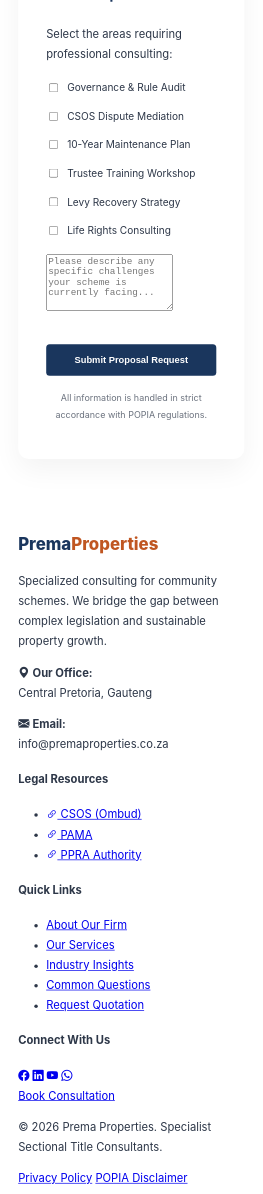
Repository: mnqobiMenzi/Prema-Properties
Page: quote.html
The author's editor kept a copy of each file at every save. The page is drawn from the files as they stood at one save, then again after the next save.
The browser window is 375 px wide. The pictures show the part of the page from y = 1287 to 3527 px (the page is 2993 px tall before and 3527 px after), at 70% of full size.

Above is the page before, as saved 2026-02-10 12:50:18.

### quote.html
<!DOCTYPE html>
<html lang="en">
<head>
  <meta charset="UTF-8">
  <meta name="viewport" content="width=device-width, initial-scale=1.0">
  <title>Get a Quotation | Prema Properties</title>
  <link rel="stylesheet" href="CSS/style.css">
  <link rel="stylesheet" href="https://cdn.jsdelivr.net/npm/bootstrap-icons@1.13.1/font/bootstrap-icons.min.css">
</head>
<body>

  <header class="main-header">
    <div class="container header-flex">
      <div class="logo">Prema<span>Properties</span></div>
      <nav>
        <a href="index.html">Home</a>
        <a href="about-us.html">About</a>
        <a href="services.html">Services</a>
        <a href="contact-us.html">Contact</a>
        <a href="quote.html" class="active nav-btn">Get a Quotation</a>
      </nav>
    </div>
  </header>

  <section class="quote-hero-v2">
    <div class="container">
      <h1>Consulting Proposal Request</h1>
      <p>Tailored solutions for Sectional Title Schemes and Homeowners Associations.</p>
    </div>
  </section>

  <section class="section-padding">
    <div class="container">
      <div class="quote-wrapper">

        <div class="quote-sidebar">
          <div class="step-guide">
            <div class="step active"><span>1</span> Contact Details</div>
            <div class="step"><span>2</span> Scheme Profile</div>
            <div class="step"><span>3</span> Project Scope</div>
          </div>
          <div class="quote-note">
            <h4><i class="bi bi-clock-history"></i> Fast Turnaround</h4>
            <p>We typically provide detailed consulting proposals within 24 business hours of receiving your scheme profile.</p>
          </div>
        </div>

        <div class="quote-form-card">
          <form id="quoteForm">

            <div class="form-section">
              <h3><i class="bi bi-person-badge"></i> 1. Contact Information</h3>
              <div class="form-row">
                <input type="text" placeholder="Full Name" required>
                <input type="text" placeholder="Your Role (e.g. Trustee, Owner)" required>
              </div>
              <div class="form-row">
                <input type="email" placeholder="Email Address" required>
                <input type="tel" placeholder="Phone Number" required>
              </div>
            </div>

            <div class="form-section">
              <h3><i class="bi bi-building"></i> 2. Scheme Information</h3>
              <div class="form-row">
                <input type="text" placeholder="Name of Body Corporate / HOA" required>
                <select required>
                  <option value="" disabled selected>Scheme Type</option>
                  <option value="res">Residential Sectional Title</option>
                  <option value="comm">Commercial Scheme</option>
                  <option value="mixed">Mixed-Use Development</option>
                  <option value="retirement">Retirement Village</option>
                </select>
              </div>
              <div class="form-row">
                <input type="number" placeholder="Number of Units" required>
                <input type="text" placeholder="City/Region (e.g. Pretoria East)">
              </div>
            </div>

            <div class="form-section">
              <h3><i class="bi bi-check2-square"></i> 3. Scope of Services</h3>
              <p class="form-hint">Select the areas requiring professional consulting:</p>
              <div class="checkbox-grid">
                <label class="check-item"><input type="checkbox"> Governance & Rule Audit</label>
                <label class="check-item"><input type="checkbox"> CSOS Dispute Mediation</label>
                <label class="check-item"><input type="checkbox"> 10-Year Maintenance Plan</label>
                <label class="check-item"><input type="checkbox"> Trustee Training Workshop</label>
                <label class="check-item"><input type="checkbox"> Levy Recovery Strategy</label>
                <label class="check-item"><input type="checkbox"> Life Rights Consulting</label>
              </div>
              <textarea placeholder="Please describe any specific challenges your scheme is currently facing..." rows="5"></textarea>
            </div>

            <button type="submit" class="submit-btn-v2">Submit Proposal Request</button>
            <p class="form-footer-note">All information is handled in strict accordance with POPIA regulations.</p>
          </form>
        </div>

      </div>
    </div>
  </section>

  <div id="footer-placeholder"></div>
  <script src="JavaScript/script.js"></script>
</body>
</html>

### CSS/style.css
/* --- Core Styles --- */
:root {
  --primary: #1a365d;
  --secondary: #c05621;
  --text: #2d3748;
  --white: #ffffff;
  --gray: #f7fafc;
  --transition: all 0.3s ease;
}

body {
  font-family: 'Inter', sans-serif;
  color: var(--text);
  line-height: 1.8;
}

.container { width: 90%; max-width: 1200px; margin: 0 auto; }
.section-padding { padding: 100px 0; }
.light-gray { background: var(--gray); }

/* --- Header --- */
.main-header {
  background: var(--white);
  padding: 20px 0;
  box-shadow: 0 4px 6px -1px rgba(0,0,0,0.1);
  position: sticky;
  top: 0; z-index: 1000;
}

.header-flex { display: flex; justify-content: space-between; align-items: center; }

.logo { font-size: 1.5rem; font-weight: 800; color: var(--primary); }
.logo span { color: var(--secondary); }

nav a {
  text-decoration: none;
  color: var(--text);
  font-weight: 600;
  margin-left: 25px;
  font-size: 0.95rem;
  transition: var(--transition);
}

nav a:hover, nav a.active { color: var(--secondary); }

.nav-btn {
  background: var(--primary);
  color: white !important;
  padding: 10px 20px;
  border-radius: 5px;
}

/* --- Hero v2 --- */
.hero-v2 {
  background: url('../images/Sectional-Title-Disputes.jpg') center/cover no-repeat;
  height: 85vh;
  position: relative;
}

.hero-overlay {
  background: linear-gradient(to right, rgba(26, 54, 93, 0.9), rgba(26, 54, 93, 0.4));
  height: 100%;
  display: flex;
  align-items: center;
  color: white;
}

.badge {
  background: var(--secondary);
  padding: 5px 15px;
  border-radius: 50px;
  font-size: 0.8rem;
  font-weight: bold;
  text-transform: uppercase;
}

.hero-v2 h1 { font-size: 3.5rem; margin: 20px 0; line-height: 1.2; max-width: 700px; }
.hero-v2 p { font-size: 1.25rem; max-width: 600px; margin-bottom: 30px; opacity: 0.9; }

.btn-main {
  background: var(--secondary);
  color: white;
  padding: 15px 35px;
  text-decoration: none;
  font-weight: bold;
  border-radius: 5px;
  display: inline-block;
}

.btn-outline {
  border: 2px solid white;
  color: white;
  padding: 13px 35px;
  text-decoration: none;
  border-radius: 5px;
  margin-left: 15px;
}

/* --- Trust Bar --- */
.trust-bar { background: var(--primary); color: white; padding: 30px 0; }
.trust-bar .container { display: flex; justify-content: space-around; text-align: center; }
.trust-item strong { display: block; font-size: 1.8rem; color: var(--secondary); }

/* --- Grid & Cards --- */
.split-grid { display: grid; grid-template-columns: 1fr 1fr; gap: 80px; align-items: center; }

.services-grid-v2 {
  display: grid;
  grid-template-columns: repeat(auto-fit, minmax(250px, 1fr));
  gap: 30px;
  margin-top: 50px;
}

.s-card {
  background: white;
  padding: 40px;
  border-radius: 10px;
  box-shadow: 0 10px 15px rgba(0,0,0,0.05);
  transition: var(--transition);
}

.s-card:hover { transform: translateY(-10px); }
.s-card i { font-size: 2.5rem; color: var(--secondary); margin-bottom: 20px; display: block; }
.s-card h3 { margin-bottom: 15px; color: var(--primary); }

.image-deco img {
  width: 100%;
  border-radius: 15px;
  box-shadow: 30px 30px 0 var(--gray), 31px 31px 0 var(--primary);
}

/* Responsive */
@media (max-width: 768px) {
  .hero-v2 h1 { font-size: 2.2rem; }
  .split-grid { grid-template-columns: 1fr; }
  .hero-actions { display: flex; flex-direction: column; gap: 15px; }
  .btn-outline { margin-left: 0; }
}

/* About Page Specifics */
.about-hero-v2 {
  background: linear-gradient(rgba(26, 54, 93, 0.9), rgba(26, 54, 93, 0.9)), url('../images/office-bg.jpg');
  padding: 100px 0;
  text-align: center;
  color: white;
}

.about-intro {
  max-width: 800px;
  margin: 0 auto 60px;
  text-align: center;
}

.about-intro h2 {
  color: var(--primary);
  margin-bottom: 20px;
}

.values-grid {
  display: grid;
  grid-template-columns: repeat(auto-fit, minmax(280px, 1fr));
  gap: 30px;
}

.value-item i {
  font-size: 2.5rem;
  color: var(--secondary);
  margin-bottom: 15px;
  display: block;
}

/* Director Card Layout */
.director-card {
  display: grid;
  grid-template-columns: 1fr 1.5fr;
  gap: 60px;
  background: white;
  padding: 40px;
  border-radius: 15px;
  box-shadow: 0 20px 40px rgba(0,0,0,0.05);
  align-items: center;
}

.director-image {
  position: relative;
}

.exp-seal {
  position: absolute;
  bottom: -20px;
  right: -20px;
  background: var(--secondary);
  color: white;
  padding: 15px;
  border-radius: 50%;
  font-weight: bold;
  font-size: 0.9rem;
  box-shadow: 0 10px 20px rgba(192, 86, 33, 0.3);
}

.linkedin-link {
  display: inline-flex;
  align-items: center;
  gap: 10px;
  color: var(--primary);
  text-decoration: none;
  font-weight: bold;
  margin-top: 20px;
}

/* --- Contact Page Specifics --- */
.contact-hero-v2 {
  background: var(--primary);
  color: white;
  padding: 80px 0;
  text-align: center;
}

.contact-wrapper {
  display: grid;
  grid-template-columns: 1fr 1.2fr;
  gap: 80px;
  align-items: start;
}

/* Info Details */
.info-item {
  display: flex;
  gap: 20px;
  margin-bottom: 30px;
  align-items: flex-start;
}

.info-item i {
  font-size: 1.5rem;
  color: var(--secondary);
  background: var(--gray);
  padding: 12px;
  border-radius: 10px;
}

.info-item strong {
  display: block;
  font-size: 1.1rem;
  color: var(--primary);
}

/* Form Styling */
.contact-form-card {
  background: white;
  padding: 50px;
  border-radius: 15px;
  box-shadow: 0 30px 60px rgba(0,0,0,0.1);
}

.form-title {
  margin-bottom: 30px;
  color: var(--primary);
  font-weight: 700;
}

.form-row {
  display: grid;
  grid-template-columns: 1fr 1fr;
  gap: 20px;
  margin-bottom: 20px;
}

.submit-btn-v2 {
  width: 100%;
  background: var(--primary);
  color: white;
  padding: 15px;
  border: none;
  border-radius: 5px;
  font-weight: bold;
  cursor: pointer;
  transition: var(--transition);
}

.submit-btn-v2:hover {
  background: var(--secondary);
  transform: translateY(-2px);
}

@media (max-width: 992px) {
  .contact-wrapper { grid-template-columns: 1fr; gap: 50px; }
  .form-row { grid-template-columns: 1fr; }
}

/* Services Specific Styles */
.services-hero-v2 {
  background: var(--primary);
  padding: 80px 0;
  text-align: center;
  color: white;
}

.s-list {
  list-style: none;
  padding: 0;
  margin-top: 20px;
  border-top: 1px solid #eee;
  padding-top: 20px;
}

.s-list li {
  font-size: 0.9rem;
  margin-bottom: 10px;
  display: flex;
  align-items: center;
  gap: 10px;
  color: var(--text);
}

.s-list i {
  color: var(--secondary);
  font-size: 1rem;
  margin: 0; /* Override s-card i margin */
}

.services-cta {
  background: var(--gray);
  padding: 80px 0;
  text-align: center;
}

.center-text h2 {
  color: var(--primary);
  margin-bottom: 20px;
}

/* --- Articles Page Styles --- */
.articles-hero {
  background: var(--gray);
  padding: 60px 0;
  border-bottom: 1px solid #eee;
}

.category-tag {
  background: var(--secondary);
  color: white;
  padding: 4px 12px;
  border-radius: 4px;
  font-size: 0.75rem;
  font-weight: 700;
  text-transform: uppercase;
  display: inline-block;
  margin-bottom: 15px;
}

/* Featured Post Layout */
.featured-post-v2 {
  display: grid;
  grid-template-columns: 1fr 1fr;
  gap: 50px;
  background: white;
  border-radius: 15px;
  overflow: hidden;
  box-shadow: 0 20px 40px rgba(0,0,0,0.05);
  margin-bottom: 80px;
  align-items: center;
}

.featured-image img {
  width: 100%;
  height: 100%;
  object-fit: cover;
}

.featured-content { padding: 40px; }
.featured-content h2 { font-size: 2rem; color: var(--primary); margin-bottom: 20px; }

/* Grid Layout */
.articles-grid-v2 {
  display: grid;
  grid-template-columns: repeat(auto-fit, minmax(300px, 1fr));
  gap: 40px;
}

.post-card-v2 {
  background: white;
  padding: 30px;
  border-radius: 10px;
  border: 1px solid #eee;
  transition: var(--transition);
}

.post-card-v2:hover {
  border-color: var(--secondary);
  transform: translateY(-5px);
}

.card-meta {
  display: flex;
  justify-content: space-between;
  align-items: center;
  margin-bottom: 20px;
}

.inline-link {
  color: var(--secondary);
  text-decoration: none;
  font-weight: bold;
  font-size: 0.9rem;
}

@media (max-width: 768px) {
  .featured-post-v2 { grid-template-columns: 1fr; }
}

/* --- FAQ Styling --- */
.faq-hero {
  background: var(--primary);
  color: white;
  padding: 60px 0;
  text-align: center;
}

.faq-layout {
  display: grid;
  grid-template-columns: 250px 1fr;
  gap: 50px;
}

.faq-sidebar h3 {
  font-size: 1.2rem;
  color: var(--primary);
  margin-bottom: 20px;
}

.faq-sidebar ul { list-style: none; padding: 0; }
.faq-sidebar li { margin-bottom: 15px; }
.faq-sidebar a {
  text-decoration: none;
  color: var(--text);
  font-weight: 500;
  transition: var(--transition);
}
.faq-sidebar a.active, .faq-sidebar a:hover { color: var(--secondary); }

/* Accordion Logic */
.faq-item {
  border-bottom: 1px solid #eee;
  margin-bottom: 10px;
}

.faq-question {
  width: 100%;
  padding: 20px 0;
  background: none;
  border: none;
  display: flex;
  justify-content: space-between;
  align-items: center;
  font-size: 1.1rem;
  font-weight: 700;
  color: var(--primary);
  cursor: pointer;
  text-align: left;
}

.faq-question i {
  transition: transform 0.3s ease;
  color: var(--secondary);
}

.faq-answer {
  max-height: 0;
  overflow: hidden;
  transition: max-height 0.3s ease-out;
}

.faq-answer p {
  padding-bottom: 20px;
  color: var(--text);
  line-height: 1.6;
}

/* Open State */
.faq-item.active .faq-answer {
  max-height: 300px; /* Adjust as needed */
}

.faq-item.active .faq-question i {
  transform: rotate(45deg);
}

@media (max-width: 768px) {
  .faq-layout { grid-template-columns: 1fr; }
  .faq-sidebar { display: none; }
}

/* --- Appointment Page Styles --- */
.appointment-hero-v2 {
  background: var(--primary);
  color: white;
  padding: 80px 0;
  text-align: center;
}

.appointment-wrapper {
  display: grid;
  grid-template-columns: 1fr 1.2fr;
  gap: 60px;
  align-items: start;
}

/* Meeting Card Styles */
.meeting-card-list {
  margin: 30px 0;
}

.m-card {
  display: flex;
  gap: 20px;
  background: white;
  padding: 20px;
  border-radius: 10px;
  margin-bottom: 20px;
  border: 1px solid #eee;
  transition: var(--transition);
}

.featured-m {
  border-left: 5px solid var(--secondary);
  background: var(--gray);
}

.m-icon i {
  font-size: 1.5rem;
  color: var(--secondary);
}

.m-card strong {
  display: block;
  color: var(--primary);
  font-size: 1.1rem;
}

.m-card p {
  font-size: 0.85rem;
  margin: 0;
}

/* Form refinement */
.booking-form-card {
  background: white;
  padding: 40px;
  border-radius: 15px;
  box-shadow: 0 20px 50px rgba(0,0,0,0.08);
}

.booking-form-card label {
  display: block;
  font-weight: 700;
  font-size: 0.85rem;
  color: var(--primary);
  margin-bottom: 8px;
  text-transform: uppercase;
}

.process-note {
  font-size: 0.9rem;
  color: var(--text);
  opacity: 0.8;
  padding: 15px;
  background: #eef2f7;
  border-radius: 8px;
}

@media (max-width: 992px) {
  .appointment-wrapper { grid-template-columns: 1fr; }
}

/* --- Quotation Page Styles --- */
.quote-hero-v2 {
  background: var(--primary);
  color: white;
  padding: 60px 0;
  text-align: center;
}

.quote-wrapper {
  display: grid;
  grid-template-columns: 300px 1fr;
  gap: 60px;
  align-items: start;
}

/* Sidebar Steps */
.step-guide {
  margin-bottom: 40px;
}

.step {
  display: flex;
  align-items: center;
  gap: 15px;
  padding: 15px 0;
  color: #a0aec0;
  font-weight: 600;
  border-bottom: 1px solid #edf2f7;
}

.step span {
  width: 30px;
  height: 30px;
  background: #edf2f7;
  display: flex;
  align-items: center;
  justify-content: center;
  border-radius: 50%;
  font-size: 0.8rem;
}

.step.active { color: var(--primary); }
.step.active span { background: var(--secondary); color: white; }

.quote-note {
  background: var(--gray);
  padding: 25px;
  border-radius: 10px;
  border-left: 4px solid var(--secondary);
}

/* Form Sections */
.quote-form-card {
  background: white;
  padding: 40px;
  border-radius: 15px;
  box-shadow: 0 15px 40px rgba(0,0,0,0.05);
}

.form-section {
  margin-bottom: 40px;
}

.form-section h3 {
  font-size: 1.25rem;
  color: var(--primary);
  margin-bottom: 25px;
  display: flex;
  align-items: center;
  gap: 10px;
}

.checkbox-grid {
  display: grid;
  grid-template-columns: 1fr 1fr;
  gap: 15px;
  margin: 20px 0;
}

.check-item {
  font-size: 0.9rem;
  display: flex;
  align-items: center;
  gap: 10px;
  cursor: pointer;
}

.form-footer-note {
  font-size: 0.8rem;
  text-align: center;
  margin-top: 20px;
  opacity: 0.7;
}

@media (max-width: 992px) {
  .quote-wrapper { grid-template-columns: 1fr; }
  .quote-sidebar { display: none; }
  .checkbox-grid { grid-template-columns: 1fr; }
}

### JavaScript/script.js
document.addEventListener("DOMContentLoaded", function() {
    const footerPlaceholder = document.getElementById("footer-placeholder");

    if (footerPlaceholder) {
        fetch("footer.html")
            .then(response => {
                if (!response.ok) throw new Error("Footer file not found");
                return response.text();
            })
            .then(data => {
                footerPlaceholder.innerHTML = data;
            })
            .catch(err => {
                console.warn("Footer load failed. Error:", err);
                // Fallback text so you know it's trying to work
                footerPlaceholder.innerHTML = "<p style='text-align:center; padding:20px;'>Footer Loading...</p>";
            });
    }
});

document.querySelectorAll('.faq-question').forEach(button => {
      button.addEventListener('click', () => {
        const faqItem = button.parentElement;
        faqItem.classList.toggle('active');
      });
    });

### footer.html
<!DOCTYPE html>
<html lang="en">
<head>
    <meta charset="UTF-8">
    <meta name="viewport" content="width=device-width, initial-scale=1.0">
    <title>Document</title>
</head>
<body>
    <footer class="main-footer">
  <div class="container footer-grid">

    <div class="footer-column brand-info">
      <div class="logo">Prema<span>Properties</span></div>
      <p>Specialized consulting for community schemes. We bridge the gap between complex legislation and sustainable property growth.</p>

      <div class="footer-address">
        <p><i class="bi bi-geo-alt-fill"></i> <strong>Our Office:</strong><br>
        Central Pretoria, Gauteng</p>
        <p><i class="bi bi-envelope-fill"></i> <strong>Email:</strong><br>
        info@premaproperties.co.za</p>
      </div>
    </div>

    <div class="footer-column">
      <h4>Legal Resources</h4>
      <ul class="footer-links">
        <li><a href="https://www.csos.org.za/" target="_blank"><i class="bi bi-link-45deg"></i> CSOS (Ombud)</a></li>
        <li><a href="https://www.pama.org.za/" target="_blank"><i class="bi bi-link-45deg"></i> PAMA</a></li>
        <li><a href="https://www.eaab.org.za/" target="_blank"><i class="bi bi-link-45deg"></i> PPRA Authority</a></li>
      </ul>
    </div>

    <div class="footer-column">
      <h4>Quick Links</h4>
      <ul class="footer-links">
        <li><a href="about-us.html">About Our Firm</a></li>
        <li><a href="services.html">Our Services</a></li>
        <li><a href="articles.html">Industry Insights</a></li>
        <li><a href="FAQ.html">Common Questions</a></li>
        <li><a href="quote.html">Request Quotation</a></li>
      </ul>
    </div>

    <div class="footer-column">
      <h4>Connect With Us</h4>
      <div class="social-icons">
        <a href="#" target="_blank" title="Facebook"><i class="bi bi-facebook"></i></a>
        <a href="#" target="_blank" title="LinkedIn"><i class="bi bi-linkedin"></i></a>
        <a href="#" target="_blank" title="YouTube"><i class="bi bi-youtube"></i></a>
        <a href="#" target="_blank" title="WhatsApp"><i class="bi bi-whatsapp"></i></a>
      </div>
      <a href="appointment.html" class="footer-cta-btn">Book Consultation</a>
    </div>

  </div>

  <div class="footer-bottom">
    <div class="container">
      <div class="bottom-flex">
        <p>&copy; 2026 Prema Properties. Specialist Sectional Title Consultants.</p>
        <div class="legal-links">
          <a href="#">Privacy Policy</a>
          <a href="#">POPIA Disclaimer</a>
        </div>
      </div>
    </div>
  </div>
</footer>
</body>
</html>

After the next save:
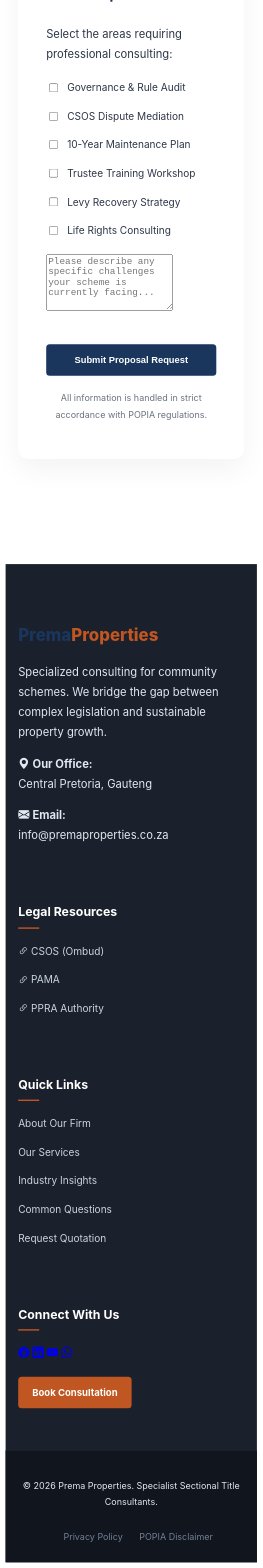
Saved 32 s later.
--- a/CSS/style.css
+++ b/CSS/style.css
@@ -672,3 +672,97 @@ nav a:hover, nav a.active { color: var(--secondary); }
   .quote-sidebar { display: none; }
   .checkbox-grid { grid-template-columns: 1fr; }
 }
+
+/* --- Main Footer Styles --- */
+.main-footer {
+  background: #1a202c; /* Deep slate/navy */
+  color: #e2e8f0;
+  padding: 80px 0 0;
+  margin-top: 50px;
+}
+
+.footer-grid {
+  display: grid;
+  grid-template-columns: 1.2fr 0.8fr 0.8fr 1fr;
+  gap: 40px;
+  padding-bottom: 60px;
+}
+
+.footer-column h4 {
+  color: white;
+  font-size: 1.1rem;
+  margin-bottom: 25px;
+  position: relative;
+}
+
+.footer-column h4::after {
+  content: '';
+  position: absolute;
+  left: 0;
+  bottom: -8px;
+  width: 30px;
+  height: 2px;
+  background: var(--secondary);
+}
+
+.footer-links {
+  list-style: none;
+  padding: 0;
+}
+
+.footer-links li {
+  margin-bottom: 12px;
+}
+
+.footer-links a {
+  color: #cbd5e0;
+  text-decoration: none;
+  font-size: 0.9rem;
+  transition: 0.3s;
+}
+
+.footer-links a:hover {
+  color: var(--secondary);
+  padding-left: 5px;
+}
+
+.footer-cta-btn {
+  display: inline-block;
+  margin-top: 20px;
+  padding: 10px 20px;
+  background: var(--secondary);
+  color: white;
+  text-decoration: none;
+  border-radius: 5px;
+  font-weight: bold;
+  font-size: 0.85rem;
+}
+
+/* Footer Bottom */
+.footer-bottom {
+  background: #11151d;
+  padding: 25px 0;
+  border-top: 1px solid rgba(255,255,255,0.05);
+}
+
+.bottom-flex {
+  display: flex;
+  justify-content: space-between;
+  align-items: center;
+  font-size: 0.8rem;
+}
+
+.legal-links a {
+  color: #718096;
+  margin-left: 20px;
+  text-decoration: none;
+}
+
+@media (max-width: 992px) {
+  .footer-grid { grid-template-columns: 1fr 1fr; }
+}
+
+@media (max-width: 576px) {
+  .footer-grid { grid-template-columns: 1fr; }
+  .bottom-flex { flex-direction: column; gap: 15px; text-align: center; }
+}
